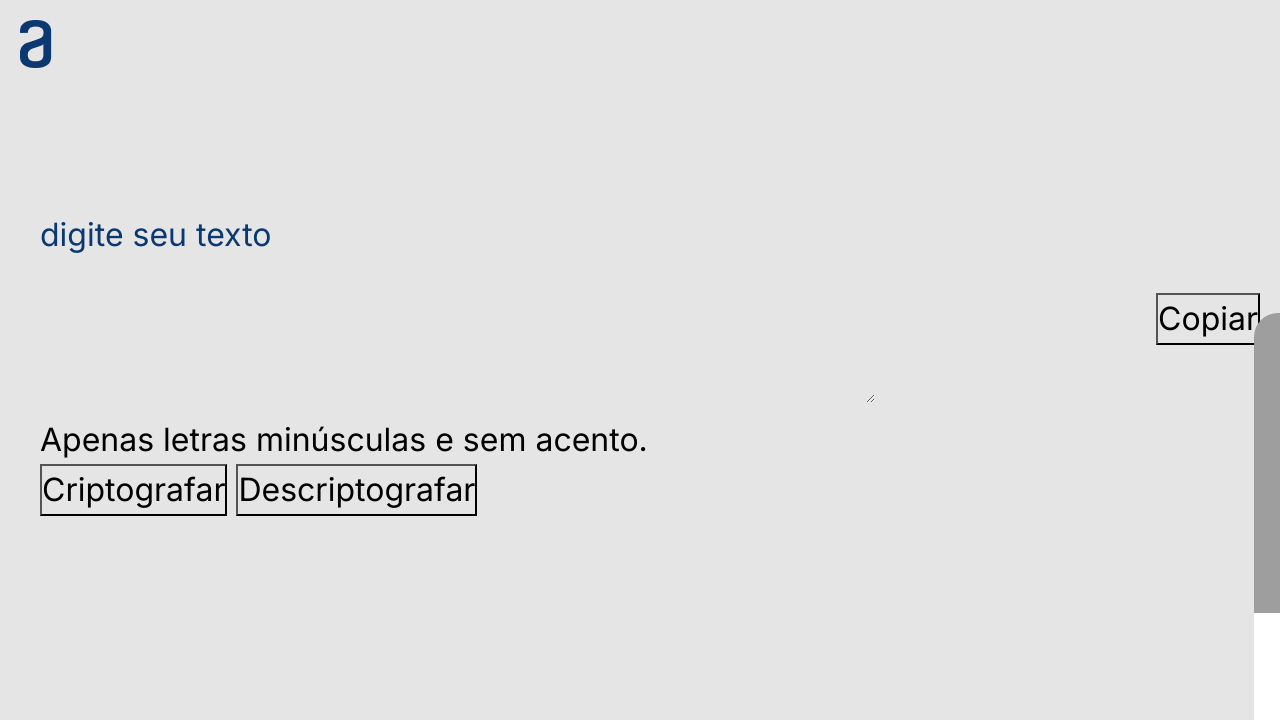
Repository: guilhermecardoso93/decodificador-texto
Page: index.html
The author's editor kept a copy of each file at every save. The page is drawn from the files as they stood at one save, then again after the next save.
The browser window is 1280 px wide. The pictures show the whole page.
Pictures or frames that could not be fetched are drawn as grey boxes.

Above is the page before, as saved 2024-02-28 19:21:51.

### index.html
<!DOCTYPE html>
<html lang="pt-BR">
  <head>
    <meta charset="UTF-8" />
    <meta name="viewport" content="width=device-width, initial-scale=1.0" />
    <link rel="preconnect" href="https://fonts.googleapis.com" />
    <link rel="preconnect" href="https://fonts.gstatic.com" crossorigin />
    <link
      href="https://fonts.googleapis.com/css2?family=Inter:wght@400;500;600;700&display=swap"
      rel="stylesheet"
    />
    <link rel="stylesheet" href="style.css" />
    <title>Desafio - Encriptador</title>
  </head>
  <body>
    <header>
      <img src="./assets/logo.png" alt="Logo Alura" class="'logo-alura" />
    </header>

    <main>
      <section>
        <textarea
          class="text-area"
          cols="41"
          rows="4"
          placeholder="Digite seu texto"
        ></textarea>
        <div class="informaçao">
          <h6>Apenas letras minúsculas e sem acento.</h6>
        </div>
        <div class="botoes">
          <button class="btn-encriptor">Criptografar</button>
          <button class="btn-descriptor">Descriptografar</button>
        </div>
      </section>

      <section>
        <textarea class="mensagem" cols="20" rows="10"></textarea>
        <button class="btn-copiar">Copiar</button>
      </section>
    </main>
  </body>
</html>

### style.css
* {
  margin: 0;
  padding: 0;
  box-sizing: border-box;
  background-color: #e5e5e5;
  font-family: "Inter", sans-serif;
  font-weight: 400;
  font-size: 32px;
  line-height: 150%;
}

.logo-alura {
  margi-left: 10px;
  padding-top: 10px;
  width: 2%;
}

header {
  padding: 20px;
}

main {
  display: flex;
  align-items: center;
  justify-content: space-between;
  margin-left: 20px;
  padding: 20px;
}

.text-area {
  border: none;
  color: #0a3871;
  text-transform: lowercase;
  margin-top: 90px;
}

::placeholder {
  color: #0a3871;
}

.text-area:focus {
  outline: none;
}

.mensagem {
  background-color: white;
  background-image: url('/assets/boneco.png');
  background-repeat: no-repeat;
  border: none;
  border-radius: 24px;
  color: #0a3871;
  margin-left: 98px;
  margin-top: 20px;
  padding-left: 20px;
  position: fixed;
}

.mensagem:focus {
  outline: none;
}

After the next save:
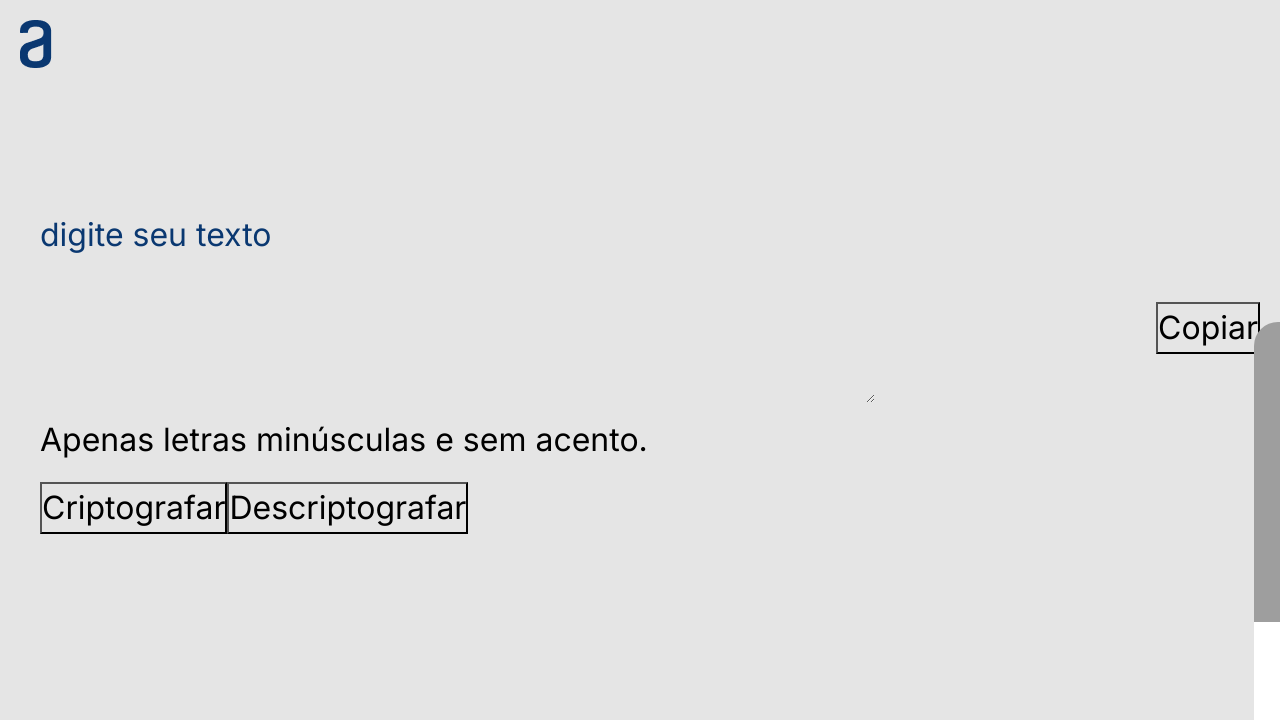
Saved 33 s later.
--- a/style.css
+++ b/style.css
@@ -58,3 +58,9 @@ main {
 .mensagem:focus {
   outline: none;
 }
+
+.botoes {
+  display: flex;
+  margin-top: 18px;
+
+}
